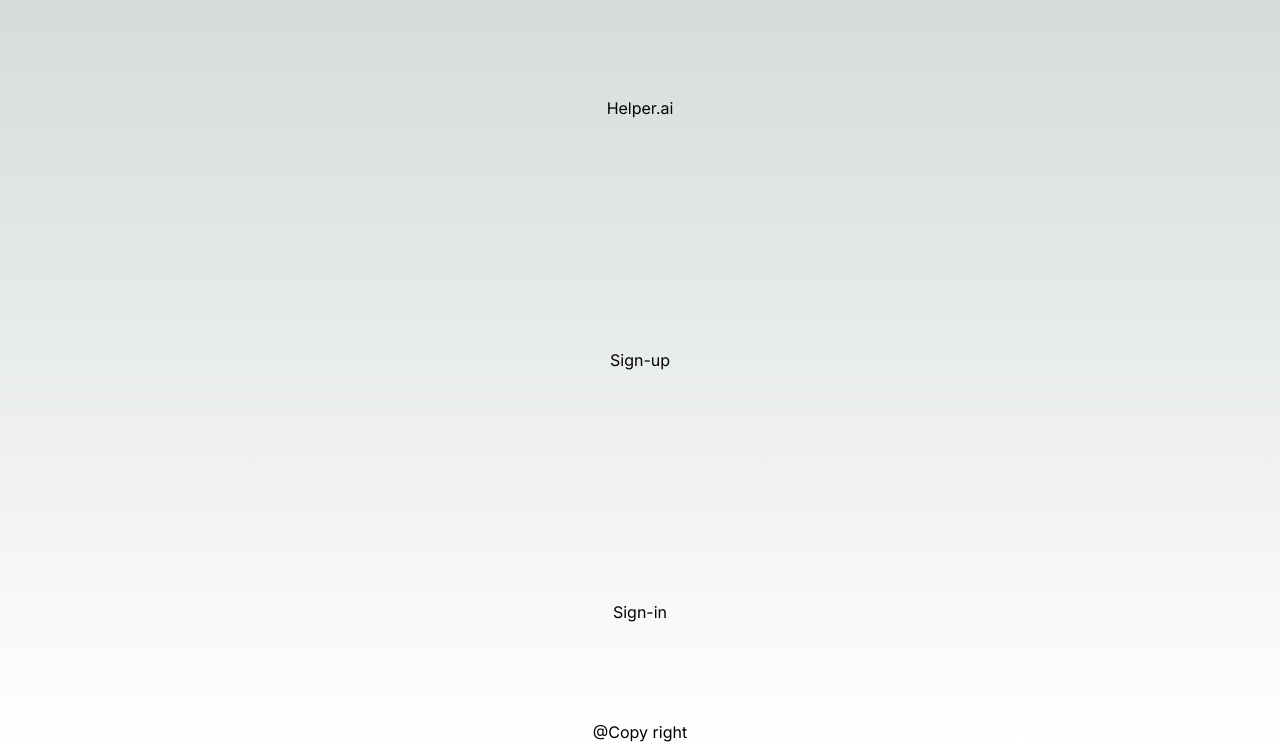
Repository: VatsalMargi/cloudinary_ai
Page: /
The author's editor kept a copy of each file at every save. The page is drawn from the files as they stood at one save, then again after the next save.
The browser window is 1280 px wide. The pictures show the whole page.
The project was rebuilt for these pictures with package versions that can differ from the ones it lists, and the page was loaded fresh each time. Some packages were replaced by stand-ins written for this rebuild. The framework's server and built-in components were replaced by stand-ins that run in the browser. Also part of the build but not shown: next.config.mjs.

Above is the page before, as saved 2024-09-21 14:12:46.

### app/layout.tsx
import type { Metadata } from "next";
import { Inter } from "next/font/google";
import "./globals.css";
import { ClerkProvider } from '@clerk/nextjs'
const inter = Inter({ subsets: ["latin"] });

export const metadata: Metadata = {
  title: "Create Next App",
  description: "Generated by create next app",
};

export default function RootLayout({
  children,
}: Readonly<{
  children: React.ReactNode;
}>) {
  return (
    <ClerkProvider>

    <html lang="en">
      <body className={inter.className}>{children}</body>
      <footer className="flex justify-center" >@Copy right</footer>
    </html>
    </ClerkProvider>
  );
}

### app/page.tsx
"use client"
import { useRouter } from "next/navigation";

export default function Home() {
  const router=  useRouter();
  const handlesignup = ()=>{
    router.push("/sign-up")
  }
  const handlesignin = () =>{
    router.push("/sign-in")
  }
  return (
    <main className="flex min-h-screen flex-col items-center justify-between p-24">
      <h6>Helper.ai</h6>
      <button
      onClick={handlesignup}
      >Sign-up</button>
      <button
      onClick={handlesignin}
      >Sign-in</button>
    </main>
  );
}

### tailwind.config.ts
import type { Config } from "tailwindcss";

const config: Config = {
  content: [
    "./pages/**/*.{js,ts,jsx,tsx,mdx}",
    "./components/**/*.{js,ts,jsx,tsx,mdx}",
    "./app/**/*.{js,ts,jsx,tsx,mdx}",
  ],
  theme: {
    extend: {
      backgroundImage: {
        "gradient-radial": "radial-gradient(var(--tw-gradient-stops))",
        "gradient-conic":
          "conic-gradient(from 180deg at 50% 50%, var(--tw-gradient-stops))",
      },
    },
  },
  plugins: [require("daisyui")],
  daisyui:{
    theme:["dark"]
  }
};
export default config;

Loaded but not shown: app/globals.css (common file)

After the next save:
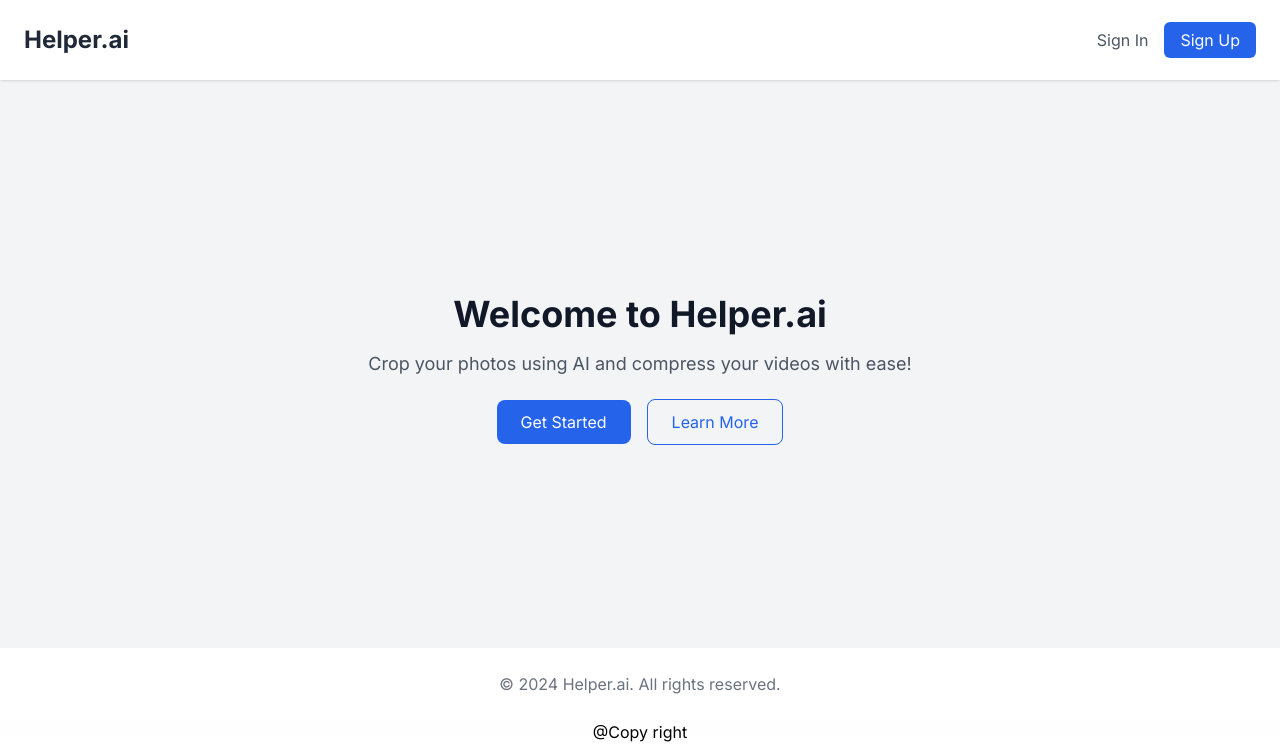
Saved 6 min 54 s later.
--- a/app/page.tsx
+++ b/app/page.tsx
@@ -1,23 +1,48 @@
 "use client"
-import { useRouter } from "next/navigation";
+import Link from 'next/link';
 
 export default function Home() {
-  const router=  useRouter();
-  const handlesignup = ()=>{
-    router.push("/sign-up")
-  }
-  const handlesignin = () =>{
-    router.push("/sign-in")
-  }
   return (
-    <main className="flex min-h-screen flex-col items-center justify-between p-24">
-      <h6>Helper.ai</h6>
-      <button
-      onClick={handlesignup}
-      >Sign-up</button>
-      <button
-      onClick={handlesignin}
-      >Sign-in</button>
-    </main>
+    <div className="flex flex-col items-center justify-center min-h-screen bg-gray-100">
+      <header className="w-full bg-white shadow">
+        <nav className="container mx-auto flex justify-between items-center p-6">
+          <div className="text-2xl font-bold text-gray-800">Helper.ai</div>
+          <div>
+            <Link href="/signin">
+              <a className="text-gray-600 hover:text-gray-900 px-4 py-2">Sign In</a>
+            </Link>
+            <Link href="/signup">
+              <a className="bg-blue-600 text-white px-4 py-2 rounded-md hover:bg-blue-700">Sign Up</a>
+            </Link>
+          </div>
+        </nav>
+      </header>
+
+      <main className="flex flex-col items-center justify-center flex-1 w-full text-center px-4">
+        <h1 className="text-4xl font-bold text-gray-900 mb-4">
+          Welcome to Helper.ai
+        </h1>
+        <p className="text-lg text-gray-600 mb-8">
+          Crop your photos using AI and compress your videos with ease!
+        </p>
+
+        <div className="flex space-x-4">
+          <Link href="/signin">
+            <a className="bg-blue-600 text-white px-6 py-3 rounded-lg hover:bg-blue-700">
+              Get Started
+            </a>
+          </Link>
+          <Link href="/learn-more">
+            <a className="border border-blue-600 text-blue-600 px-6 py-3 rounded-lg hover:bg-blue-50">
+              Learn More
+            </a>
+          </Link>
+        </div>
+      </main>
+
+      <footer className="w-full py-6 bg-white text-center">
+        <p className="text-gray-500">© 2024 Helper.ai. All rights reserved.</p>
+      </footer>
+    </div>
   );
 }

After the 5 saves that followed:
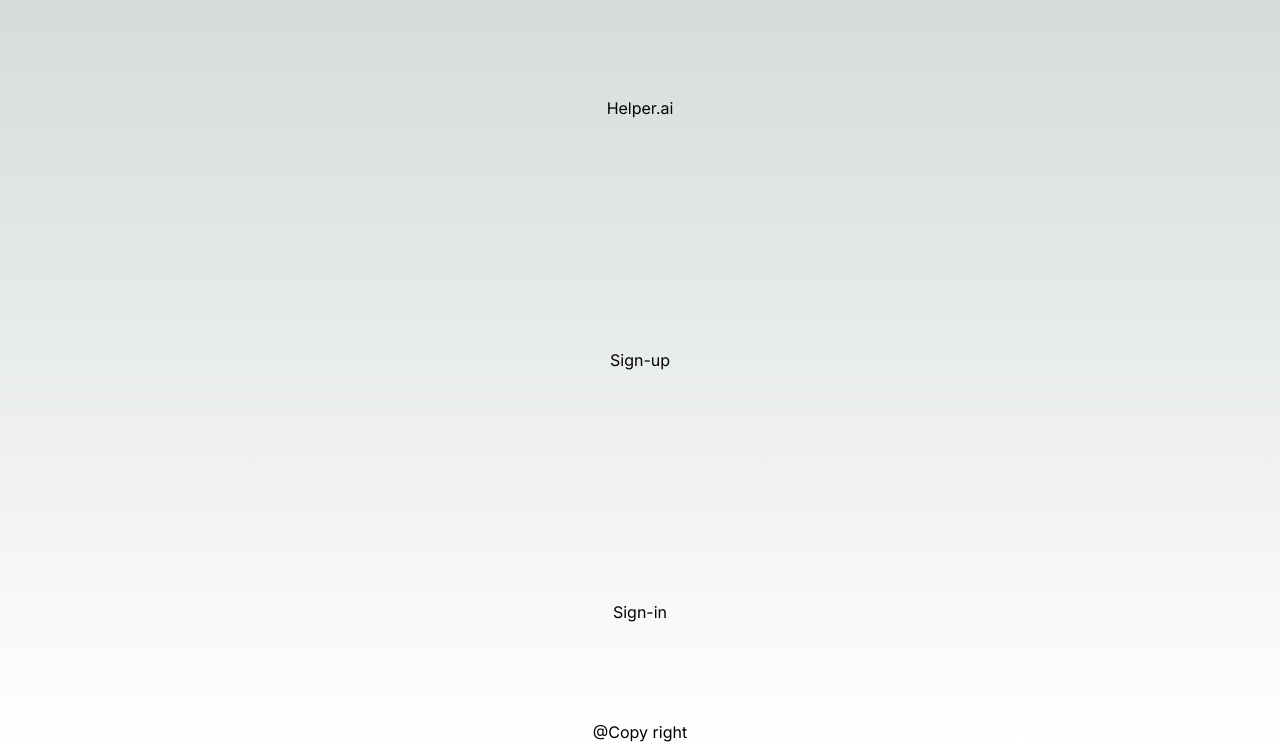
The 5 saves are shown as one change because 2 left the picture as it was and some came seconds apart.
The last was saved 93 s later.
--- a/app/page.tsx
+++ b/app/page.tsx
@@ -1,48 +1,23 @@
 "use client"
-import Link from 'next/link';
+import { useRouter } from "next/navigation";
 
 export default function Home() {
+  const router=  useRouter();
+  const handlesignup = ()=>{
+    router.push("/sign-up")
+  }
+  const handlesignin = () =>{
+    router.push("/sign-in")
+  }
   return (
-    <div className="flex flex-col items-center justify-center min-h-screen bg-gray-100">
-      <header className="w-full bg-white shadow">
-        <nav className="container mx-auto flex justify-between items-center p-6">
-          <div className="text-2xl font-bold text-gray-800">Helper.ai</div>
-          <div>
-            <Link href="/signin">
-              <a className="text-gray-600 hover:text-gray-900 px-4 py-2">Sign In</a>
-            </Link>
-            <Link href="/signup">
-              <a className="bg-blue-600 text-white px-4 py-2 rounded-md hover:bg-blue-700">Sign Up</a>
-            </Link>
-          </div>
-        </nav>
-      </header>
-
-      <main className="flex flex-col items-center justify-center flex-1 w-full text-center px-4">
-        <h1 className="text-4xl font-bold text-gray-900 mb-4">
-          Welcome to Helper.ai
-        </h1>
-        <p className="text-lg text-gray-600 mb-8">
-          Crop your photos using AI and compress your videos with ease!
-        </p>
-
-        <div className="flex space-x-4">
-          <Link href="/signin">
-            <a className="bg-blue-600 text-white px-6 py-3 rounded-lg hover:bg-blue-700">
-              Get Started
-            </a>
-          </Link>
-          <Link href="/learn-more">
-            <a className="border border-blue-600 text-blue-600 px-6 py-3 rounded-lg hover:bg-blue-50">
-              Learn More
-            </a>
-          </Link>
-        </div>
-      </main>
-
-      <footer className="w-full py-6 bg-white text-center">
-        <p className="text-gray-500">© 2024 Helper.ai. All rights reserved.</p>
-      </footer>
-    </div>
+    <main className="flex min-h-screen flex-col items-center justify-between p-24">
+      <h6>Helper.ai</h6>
+      <button
+      onClick={handlesignup}
+      >Sign-up</button>
+      <button
+      onClick={handlesignin}
+      >Sign-in</button>
+    </main>
   );
 }
